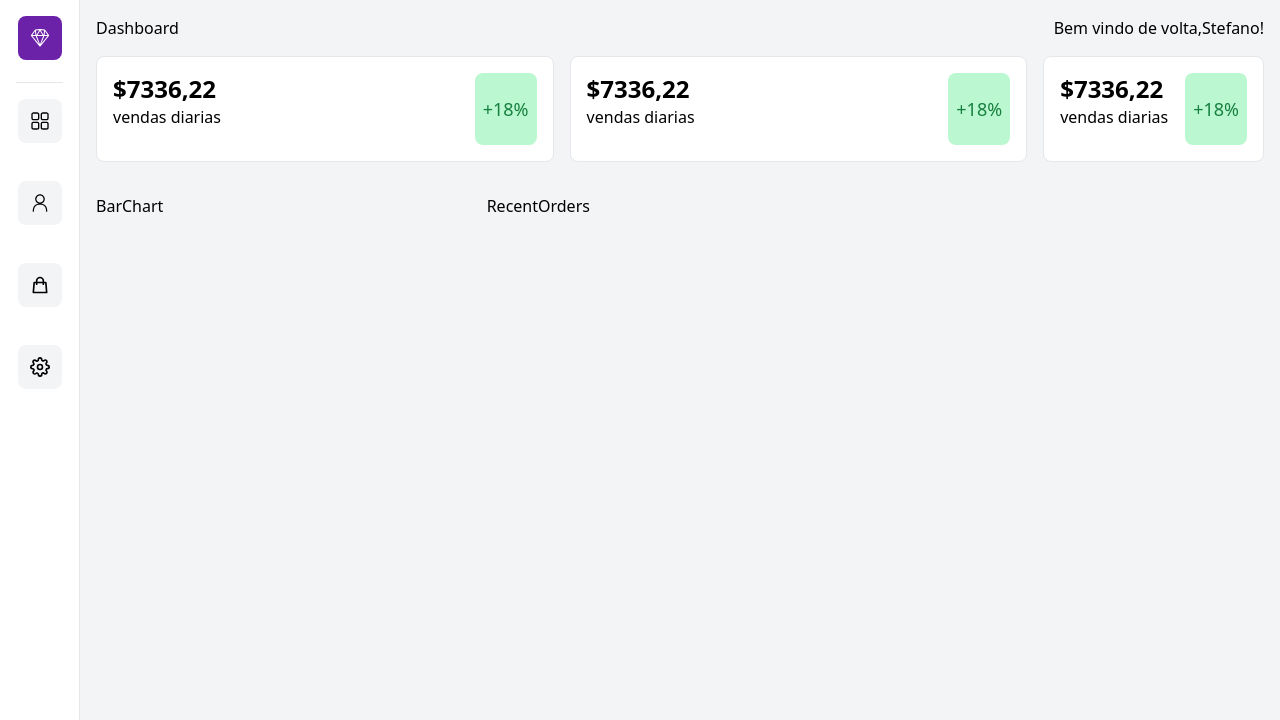
Repository: stefanosousaa/dashboard-next13
Page: /
An editor plug-in stored every save of this project. The page is shown before and after a run of saves, followed by the edit.
The browser window is 1280 px wide. The pictures show the whole page.
The project was rebuilt for these pictures with package versions that can differ from the ones it lists, and the page was loaded fresh each time. The framework's server and built-in components were replaced by stand-ins that run in the browser. Also part of the build but not shown: next.config.js.

Above is the page before, as saved 2023-05-13 16:10:06.

### pages/_app.js
import Sidebar from '@/components/Sidebar'
import '@/styles/globals.css'

export default function App({ Component, pageProps }) {
  return (
    <Sidebar>
        <Component {...pageProps} />
    </Sidebar>

  )
}

### pages/index.js
import TopCards from '@/components/TopCards';
import Header from '../components/Header';
import Head from 'next/head';
import Image from 'next/image';
import BarChart from '@/components/BarChart';
import RecentOrders from '@/components/RecentOrders';

export default function Home() {
  return (
    <>
      <Head>
        <title>Create Next App</title>
        <meta name="description" content="Generated by create next app" />
        <meta name="viewport" content="width=device-width, initial-scale=1" />
        <link rel="icon" href="/favicon.ico" />
      </Head>

      <main className='bg-gray-100 min-h-screen'>
        <Header/>
        <TopCards/>
        <div className=' p-4 grid md:grid-cols-3 grid-col-1 gap-1'>
        <BarChart/>
        <RecentOrders/>
        </div>

      </main>

    </>
  );
};

### components/Sidebar.jsx
import Link from 'next/link'
import Image from 'next/image'
import React from 'react'
import {RxSketchLogo,RxDashboard, RxPerson} from 'react-icons/rx'
import {FiSettings} from 'react-icons/fi'
import {HiOutlineShoppingBag} from 'react-icons/hi'

const Sidebar = ({children}) => {
  return (
    <div className='flex'>
        <div className='fixed w-20 h-screen p-4 bg-white border-r-[1px] flex flex-col justify-between'>
        <div className='flex flex-col items-center'>

          <Link href='/'>
            <div className='bg-purple-800 text-white p-3 rounded-lg inline-block'>
              <RxSketchLogo size={20}/>
            </div>
          </Link>
          <span className='border-b-[1px] border-gray-200 w-full p-2'></span>
          <Link href='/'>
            <div className='bg-gray-100 hover:bg-gray-200 cursor-pointer my-4 p-3 rounded-lg inline-block'>
              <RxDashboard size={20}/>
            </div>
          </Link>
          <Link href='/costumerd'>
            <div className='bg-gray-100 hover:bg-gray-200 cursor-pointer my-4 p-3 rounded-lg inline-block'>
              <RxPerson size={20}/>
            </div>
          </Link>
          <Link href='/orders'>
            <div className='bg-gray-100 hover:bg-gray-200 cursor-pointer my-4 p-3 rounded-lg inline-block'>
              <HiOutlineShoppingBag size={20}/>
            </div>
          </Link>
          <Link href='/'>
            <div className='bg-gray-100 hover:bg-gray-200 cursor-pointer my-4 p-3 rounded-lg inline-block'>
              <FiSettings size={20}/>
            </div>
          </Link>
        </div>
        </div>

        <main className='ml-20 w-full'>{children}</main>
    </div>
  )
}

export default Sidebar

### components/TopCards.jsx
import React from 'react'

const TopCards = () => {
  return (
    <div className='grid lg:grid-cols-5 gap-4 p-4'>
        <div className='lg:col-span-2 col-span-1 bg-white flex justify-between w-full border p-4 rounded-lg'>
           <div className='flex flex-col w-full pb-4'>
            <p className='text-2xl font-bold'>$7336,22</p>
            <p>vendas diarias</p>
        </div>
            <p className='bg-green-200 flex justify-center items-center p-2 rounded-lg'>
                <span className='text-green-700 text-lg'>+18%</span>
            </p>
        </div>
        <div className='lg:col-span-2 col-span-1 bg-white flex justify-between w-full border p-4 rounded-lg'>
           <div className='flex flex-col w-full pb-4'>
           <p className='text-2xl font-bold'>$7336,22</p>
            <p>vendas diarias</p>
           </div>
           <p className='bg-green-200 flex justify-center items-center p-2 rounded-lg'>
                <span className='text-green-700 text-lg'>+18%</span>
            </p>
        </div>
        <div className='bg-white flex justify-between w-full border p-4 rounded-lg'>
           <div className='flex flex-col w-full pb-4'>
           <p className='text-2xl font-bold'>$7336,22</p>
            <p>vendas diarias</p>
           </div>
           <p className='bg-green-200 flex justify-center items-center p-2 rounded-lg'>
                <span className='text-green-700 text-lg'>+18%</span>
            </p>
        </div>
    </div>
  )
}

export default TopCards

### components/Header.jsx
import React from 'react'

const Header = () => {
  return (
    <div className='flex justify-between px-4 pt-4'>
        <h2>Dashboard</h2>
        <h2>Bem vindo de volta,Stefano!</h2>
    </div>
  )
}

export default Header

### components/BarChart.jsx
import React from 'react'
import { Bar } from 'react-chartjs-2';
import {
    Chart as ChartJS,
    CategoryScale,
    LinearScale,
    BarElement,
    Title,
    Tooltip,
    Legend
} from 'chart.js';

ChartJS.register(
    CategoryScale,
    LinearScale,
    BarElement,
    Title,
    Tooltip,
    Legend
)

const BarChart = () => {
  return (
    <div>BarChart</div>
  )
}

export default BarChart

### components/RecentOrders.jsx
import React from 'react'

const RecentOrders = () => {
  return (
    <div>RecentOrders</div>
  )
}

export default RecentOrders

Loaded but not shown: pages/_document.js (common file); styles/globals.css (common file); tailwind.config.js (common file)

After the next 2 saves:
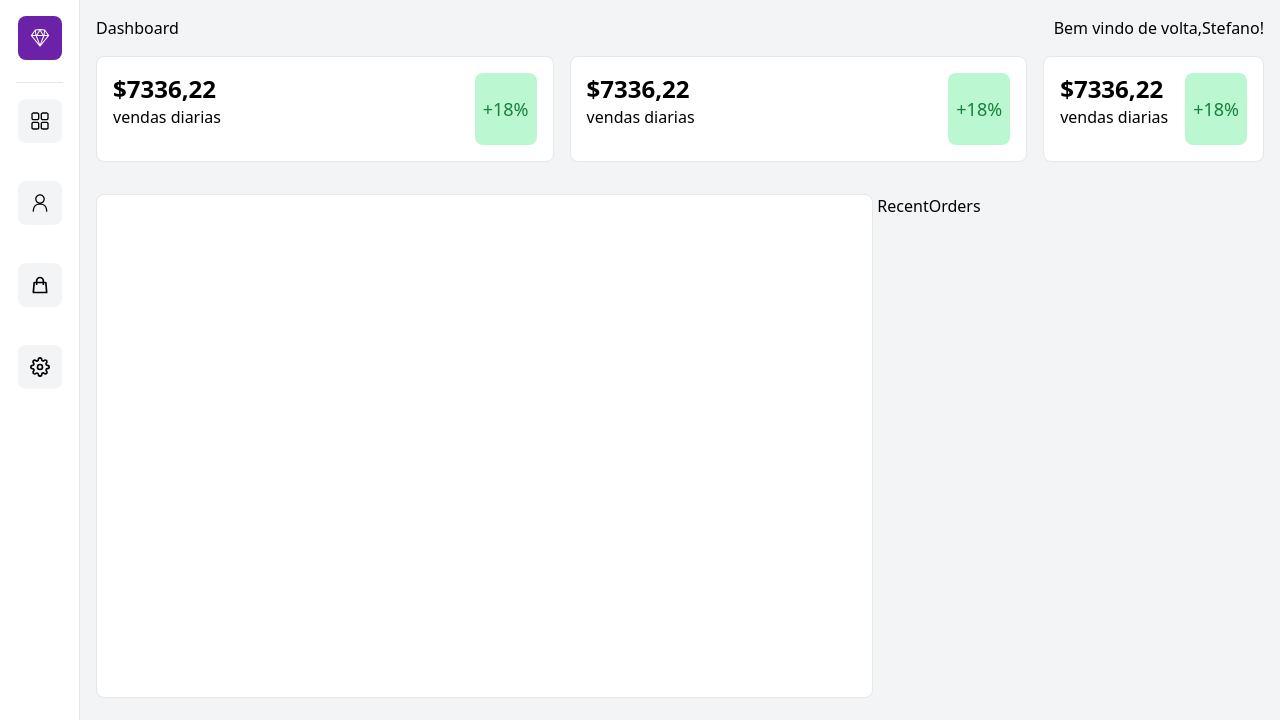
The 2 saves are shown as one change because 1 did not build or start.
The last was saved 10 min 18 s later.
--- a/components/BarChart.jsx
+++ b/components/BarChart.jsx
@@ -1,4 +1,4 @@
-import React from 'react'
+import React ,{useState,useEffect} from 'react'
 import { Bar } from 'react-chartjs-2';
 import {
     Chart as ChartJS,
@@ -10,6 +10,7 @@ import {
     Legend
 } from 'chart.js';
 
+
 ChartJS.register(
     CategoryScale,
     LinearScale,
@@ -20,8 +21,19 @@ ChartJS.register(
 )
 
 const BarChart = () => {
+
+    const [chartData, setChartData] = useState({
+        datasets: [],
+    });
+
+    const [chartOptions,setchartOptions] = useState({})
   return (
-    <div>BarChart</div>
+    <>
+    <div className='w-full md:col-span-2 relative lg:h-[70vh] h-[50vh] m-auto p-4 border rounded-lg bg-white'>
+        <Bar data={chartData} options={chartOptions}/>
+    </div>
+    </>
+
   )
 }
 
